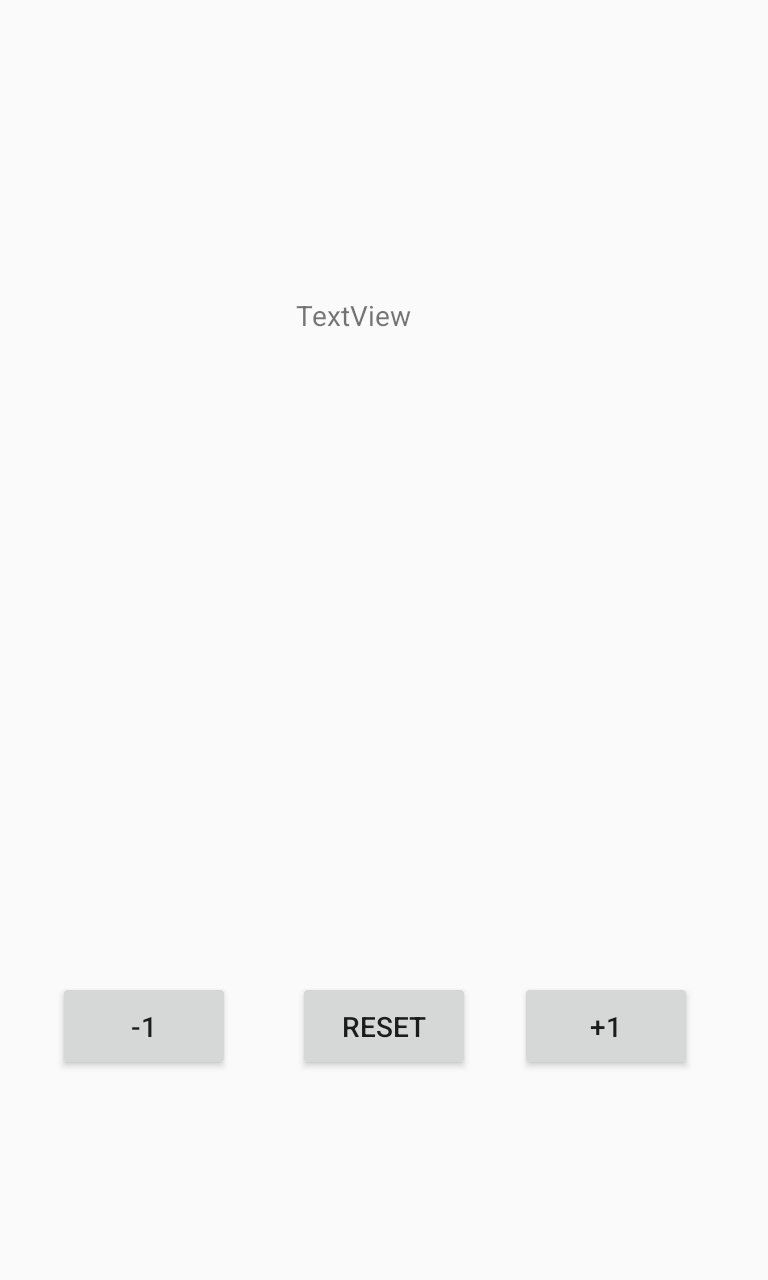
Repository: deltap1/iD-Tech-Repo
Layout: IDTechProject/res/layout/activity_main.xml
An editor plug-in stored every save of this project. The layout is shown before and after the next save, followed by the edit.
It is drawn on a 768 x 1280 px phone screen (xhdpi) without system bars, with theme AppTheme; the app's code is not run.

Above is the layout before, as saved 2014-07-08 14:46:01.

After the next save:
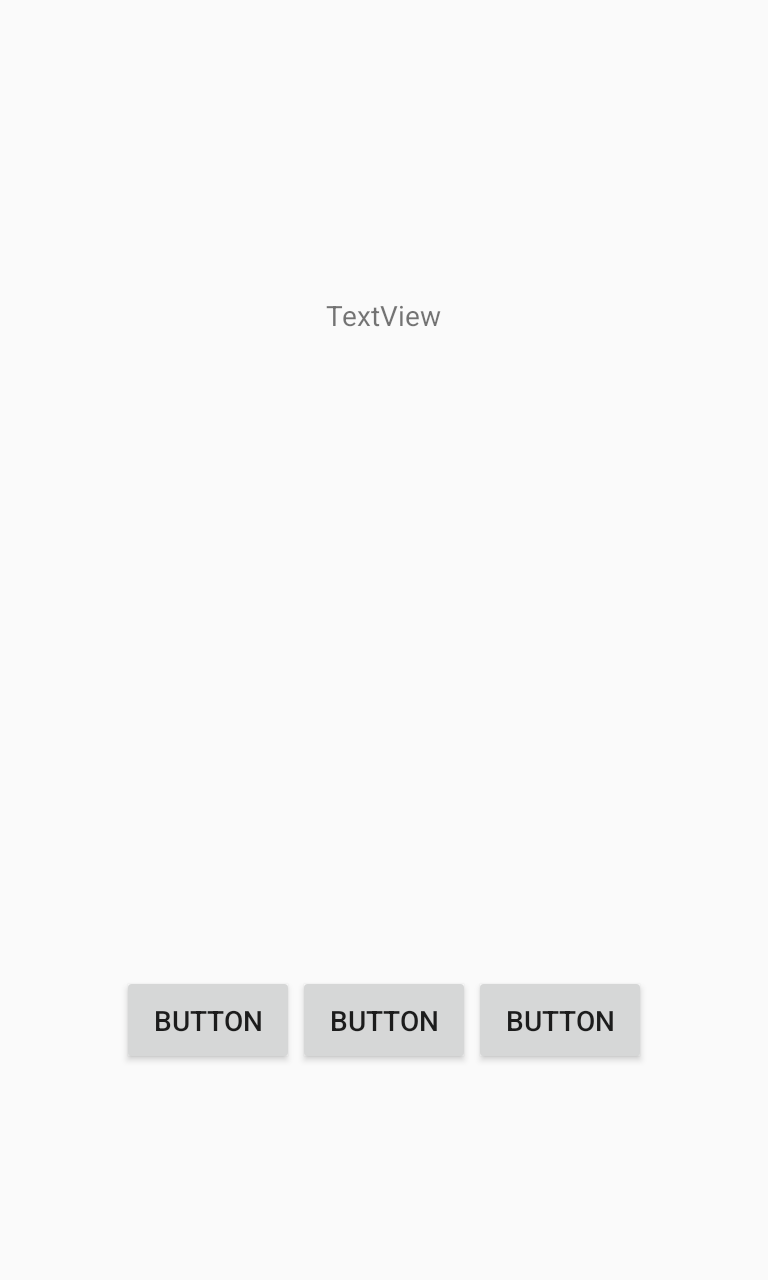
Saved 12 min 1 s later.
--- a/IDTechProject/res/layout/activity_main.xml
+++ b/IDTechProject/res/layout/activity_main.xml
@@ -8,15 +8,23 @@
     android:paddingTop="@dimen/activity_vertical_margin"
     tools:context="com.masonl.idtechproject.MainActivity" >
 
+    <TextView
+        android:id="@+id/textView1"
+        android:layout_width="wrap_content"
+        android:layout_height="wrap_content"
+        android:layout_alignParentTop="true"
+        android:layout_centerHorizontal="true"
+        android:layout_marginTop="132dp"
+        android:text="TextView" />
+
     <Button
         android:id="@+id/button2"
         android:layout_width="wrap_content"
         android:layout_height="wrap_content"
-        android:layout_alignParentBottom="true"
-        android:layout_marginBottom="87dp"
-        android:layout_marginRight="32dp"
+        android:layout_alignBaseline="@+id/button1"
+        android:layout_alignBottom="@+id/button1"
         android:layout_toLeftOf="@+id/button1"
-        android:text="-1" />
+        android:text="Button" />
 
     <Button
         android:id="@+id/button3"
@@ -24,26 +32,16 @@
         android:layout_height="wrap_content"
         android:layout_alignBaseline="@+id/button1"
         android:layout_alignBottom="@+id/button1"
-        android:layout_alignParentRight="true"
-        android:layout_marginRight="21dp"
-        android:text="+1" />
+        android:layout_toRightOf="@+id/button1"
+        android:text="Button" />
 
     <Button
         android:id="@+id/button1"
         android:layout_width="wrap_content"
         android:layout_height="wrap_content"
-        android:layout_alignBaseline="@+id/button2"
-        android:layout_alignBottom="@+id/button2"
+        android:layout_alignParentBottom="true"
         android:layout_centerHorizontal="true"
-        android:text="Reset" />
-
-    <TextView
-        android:id="@+id/textView1"
-        android:layout_width="wrap_content"
-        android:layout_height="wrap_content"
-        android:layout_alignLeft="@+id/button1"
-        android:layout_alignParentTop="true"
-        android:layout_marginTop="132dp"
-        android:text="TextView" />
+        android:layout_marginBottom="90dp"
+        android:text="Button" />
 
 </RelativeLayout>
